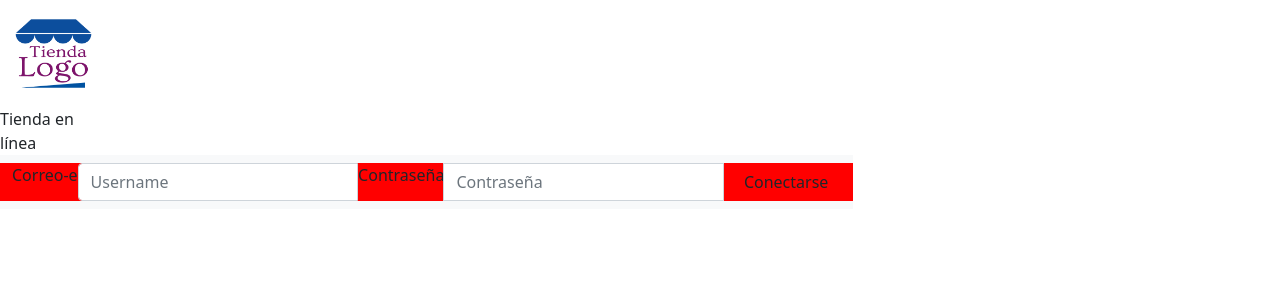
Repository: nicorp00/bootstrapSass
Page: Main/index.html
An editor plug-in stored every save of this project. The page is shown before and after a run of saves, followed by the edit.
The browser window is 1280 px wide. The pictures show the whole page.
The style sheet was rebuilt from its Sass, Less or Tailwind sources for each picture, by a compiler version that may differ from the author's.

Above is the page before, as saved 2022-03-25 11:01:47.

After the next 2 saves:
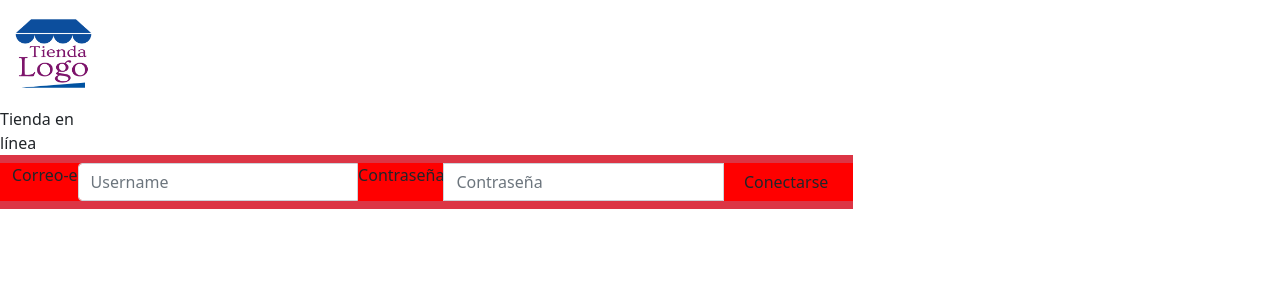
The 2 saves are shown as one change because they came seconds apart.
The last was saved 59 s later.
--- a/Main/index.html
+++ b/Main/index.html
@@ -15,7 +15,7 @@
             <span>Tienda en línea</span>
         </div>
         <div class="top-nav">
-            <nav class="navbar navbar-light bg-light col-8">
+            <nav class="navbar navbar-danger bg-danger col-8">
                 <form class="container-fluid">
                   <div class="input-group">
                     <!--<span class="input-group-text" id="basic-addon1">@</span>-->
